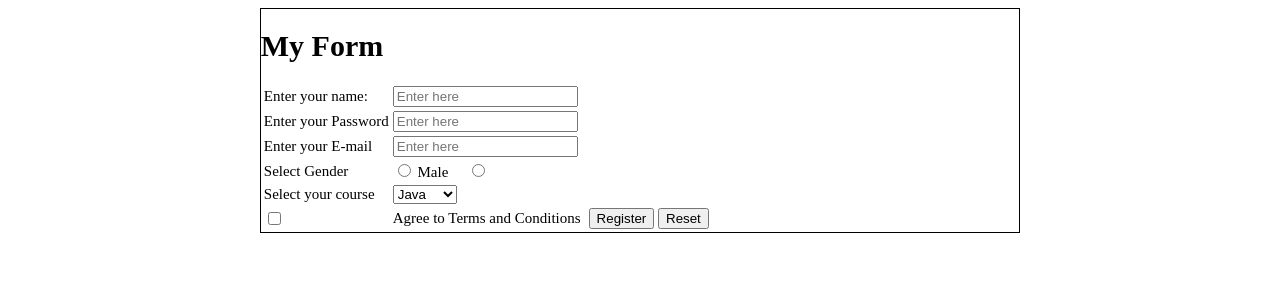
Repository: Amit7Akt/EJB
Page: FormSubmission/src/main/webapp/index.html
The author's editor kept a copy of each file at every save. The page is drawn from the files as they stood at one save, then again after the next save.
The browser window is 1280 px wide. The pictures show the whole page.

Above is the page before, as saved 2022-11-22 06:46:11.

After the next save:
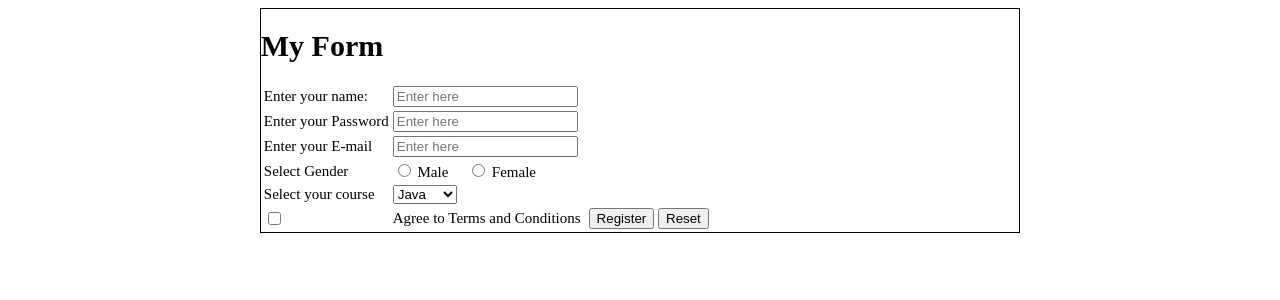
Saved 27 s later.
--- a/FormSubmission/src/main/webapp/index.html
+++ b/FormSubmission/src/main/webapp/index.html
@@ -35,7 +35,7 @@
 
 					<tr>
 						<td> Select Gender</td>
-						<td> <input type = "radio" name = "user_gender" value = "male"> Male &nbsp; &nbsp; <input type = "radio" name = "user_gender" value = "female"></td>
+						<td> <input type = "radio" name = "user_gender" value = "male"> Male &nbsp; &nbsp; <input type = "radio" name = "user_gender" value = "female"> Female</td>
 					</tr>
 
 					<tr>
